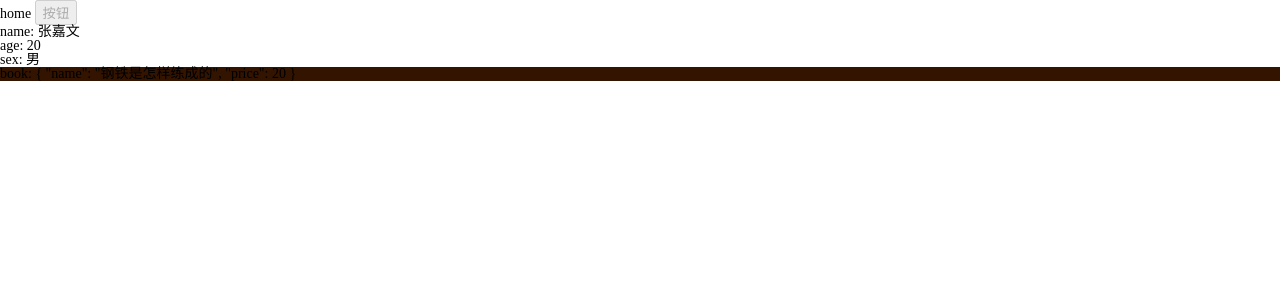
Repository: 596178924/vue3-ts-app
Page: /
The author's editor kept a copy of each file at every save. The page is drawn from the files as they stood at one save, then again after the next save.
The browser window is 1280 px wide. The pictures show the whole page.
The project was rebuilt for these pictures with package versions that can differ from the ones it lists, and the page was loaded fresh each time. Also part of the build but not shown: vite.config.ts.

Above is the page before, as saved 2022-11-09 16:29:59.

### index.html
<!DOCTYPE html>
<html lang="zh">

<head>
  <meta charset="UTF-8" />
  <link rel="icon" type="image/svg+xml" href="/vite.svg" />
  <meta name="viewport" content="width=device-width, initial-scale=1.0" />
  <title>
    ts
  </title>
</head>

<body>
  <noscript>
    <strong>We're sorry but this doesn't work properly without JavaScript enabled.
        Please enable it to continue.</strong>
  </noscript>
  <div id="app"></div>
  <script type="module" src="/src/main.ts"></script>
</body>

</html>

### src/main.ts
import { createApp } from 'vue';
import AppElement from './App.vue'
import pluginInstall from "@/plugins"
import Router from "@/router"

(() => {
    const app = createApp(AppElement);
    app.use(pluginInstall);
    app.use(Router);
    app.mount('#app');
})()

### src/App.vue
<style lang="less">
@import '@/styles/index.less';
</style>

<template>
	<router-view></router-view>
</template>

<script setup lang="ts">
</script>

### src/plugins/index.ts
import { App } from "@vue/runtime-core";
import piniaInstall from "@/store";
export default function install(app: App) {
	app.use(piniaInstall);
}

### src/router/index.ts
import { createRouter, createWebHistory } from 'vue-router';
import routes from "./routes"
const router = createRouter({
    history: createWebHistory(),
    routes,
});

export default router;

### src/styles/index.less
@import './resetCss.less';

### src/styles/resetCss.less
/* http://meyerweb.com/eric/tools/css/reset/
   v2.0 | 20110126
   License: none (public domain)
*/
html, body, div, span, applet, object, iframe,
h1, h2, h3, h4, h5, h6, p, blockquote, pre,
a, abbr, acronym, address, big, cite, code,
del, dfn, em, img, ins, kbd, q, s, samp,
small, strike, strong, sub, sup, tt, var,
b, u, i, center,
dl, dt, dd, ol, ul, li,
fieldset, form, label, legend,
table, caption, tbody, tfoot, thead, tr, th, td,
article, aside, canvas, details, embed,
figure, figcaption, footer, header, hgroup,
menu, nav, output, ruby, section, summary,
time, mark, audio, video {
	margin: 0;
	padding: 0;
	border: 0;
	font: inherit;
	vertical-align: baseline;
}
/* HTML5 display-role reset for older browsers */
article, aside, details, figcaption, figure,
footer, header, hgroup, menu, nav, section {
	display: block;
}
body {
	line-height: 1;
	font-size: 14px;
}
ol, ul {
	list-style: none;
}
blockquote, q {
	quotes: none;
}
blockquote:before, blockquote:after,
q:before, q:after {
	content: '';
	content: none;
}
table {
	border-collapse: collapse;
	border-spacing: 0;
}

### src/store/index.ts
import { createPinia } from 'pinia'
// import piniaPluginPersist from 'pinia-plugin-persist'
const store = createPinia()
// store.use(piniaPluginPersist)
export default store

### src/router/routes.ts
import {  RouteRecordRaw } from 'vue-router';

const routes: Array<RouteRecordRaw> = [
    {
        path: '/',
        name: 'Home',
        component: ()=> import('@v/home/index.vue'),
    }
]

export default routes

### src/views/home/index.vue
<template>
	<div>
		home
		<button disabled>按钮</button>
		<p>name: {{ name }}</p>
		<p>age: {{ age }}</p>
		<p>sex: {{ sex }}</p>
		<p class="test">book: {{ book }}</p>
	</div>
</template>

<script setup lang="ts">
import { ref, Ref } from "@vue/reactivity";
interface Book {
	name: String;
	price: Number;
}
const name: Ref<String> = ref("张嘉文");
const age = ref<Number>(20);
const sex = ref("男") as Ref<String>;
const book = ref<Book>({
	name: "钢铁是怎样练成的",
	price: 20,
});
</script>

<style lang="less" scoped>
// @selectors: blue, green, red;

// each(@selectors, {
//   .color-@{value} {
//     color: @value;
//   }
// });
.test {
	background-color: multiply(#ff6600, #333);
}
</style>

After the next save:
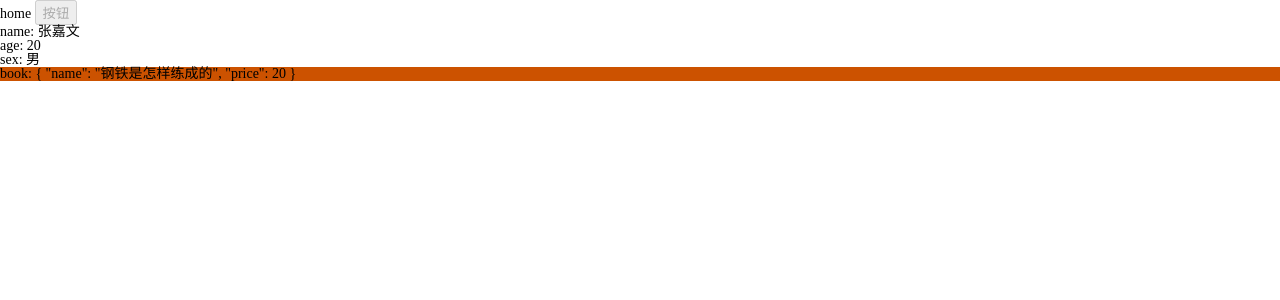
Saved 8 s later.
--- a/src/views/home/index.vue
+++ b/src/views/home/index.vue
@@ -33,6 +33,6 @@ const book = ref<Book>({
 //   }
 // });
 .test {
-	background-color: multiply(#ff6600, #333);
+	background-color: multiply(#ff6600, #ccc);
 }
 </style>
